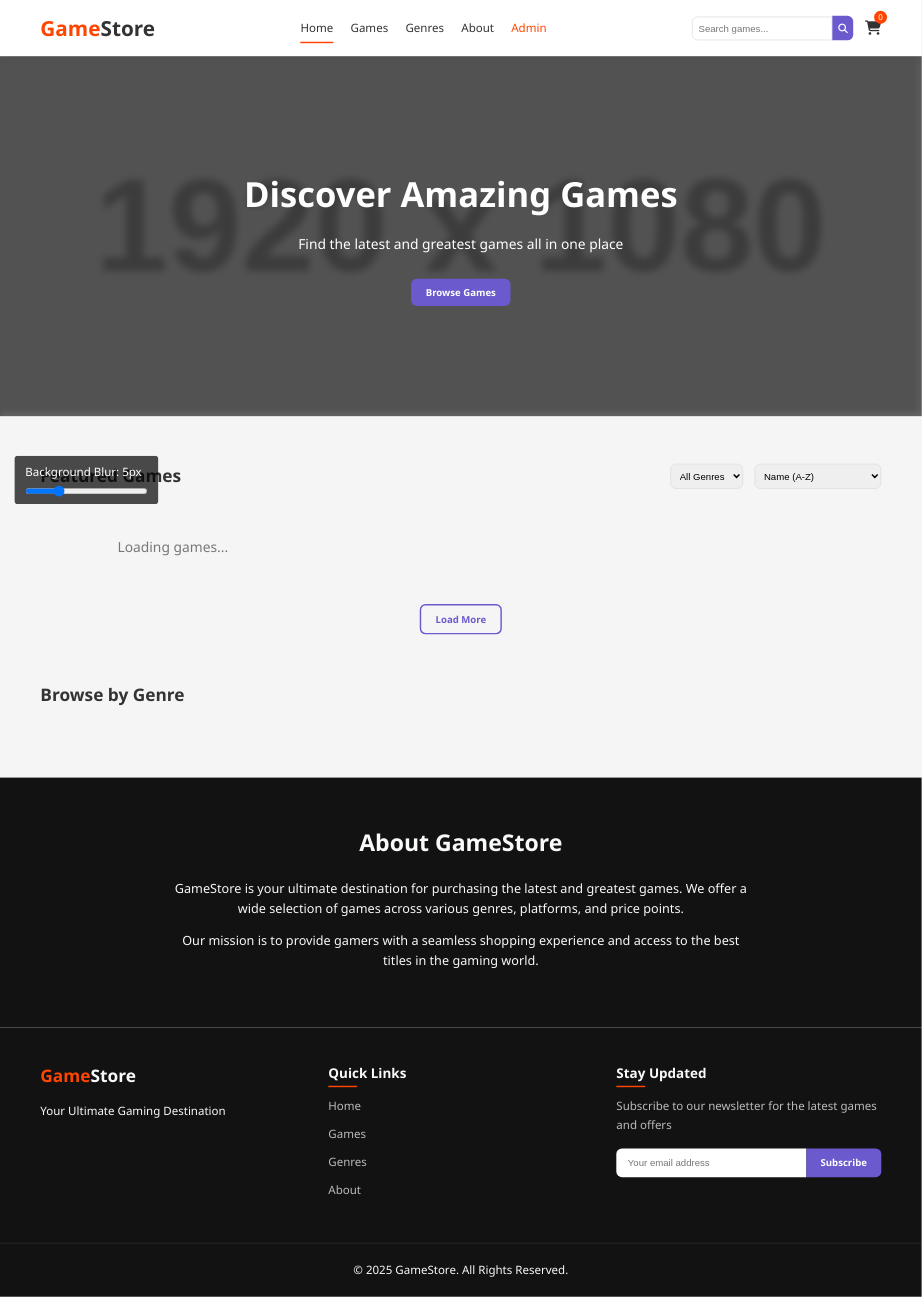
Repository: mbakry484/GameStore
Page: wwwroot/index.html
An editor plug-in stored every save of this project. The page is shown before and after the next save, followed by the edit.
The browser window is 1280 px wide. The pictures show the whole page, at 72% of full size.
The page's requests for data from a server got no answer.

Above is the page before, as saved 2025-04-20 15:20:10.

### wwwroot/index.html
<!DOCTYPE html>
<html lang="en">
  <head>
    <meta charset="UTF-8" />
    <meta name="viewport" content="width=device-width, initial-scale=1.0" />
    <title>GameStore - Your Ultimate Gaming Destination</title>
    <link
      rel="stylesheet"
      href="https://cdnjs.cloudflare.com/ajax/libs/font-awesome/6.5.1/css/all.min.css"
    />
    <link rel="stylesheet" href="css/styles.css" />
  </head>
  <body>
    <header>
      <nav>
        <div class="logo">
          <h1><span class="highlight">Game</span>Store</h1>
        </div>
        <div class="nav-links">
          <a href="#" class="active">Home</a>
          <a href="#games">Games</a>
          <a href="#genres">Genres</a>
          <a href="#about">About</a>
          <a href="admin.html" class="admin-link">Admin</a>
        </div>
        <div class="search-cart">
          <div class="search-box">
            <input
              type="text"
              id="search-input"
              placeholder="Search games..."
            />
            <button id="search-btn"><i class="fas fa-search"></i></button>
          </div>
          <div class="cart">
            <i class="fas fa-shopping-cart"></i>
            <span class="cart-count">0</span>
          </div>
          <div class="mobile-menu-btn">
            <i class="fas fa-bars"></i>
          </div>
        </div>
      </nav>
    </header>

    <section class="hero">
      <div class="hero-content">
        <h1>Discover Amazing Games</h1>
        <p>Find the latest and greatest games all in one place</p>
        <button class="btn-primary" id="browse-games-btn">Browse Games</button>
      </div>
    </section>

    <section id="games" class="games-section">
      <div class="section-header">
        <h2>Featured Games</h2>
        <div class="filter-options">
          <select id="genre-filter">
            <option value="">All Genres</option>
            <!-- Genres will be loaded dynamically -->
          </select>
          <select id="sort-options">
            <option value="name">Name (A-Z)</option>
            <option value="price-low">Price (Low to High)</option>
            <option value="price-high">Price (High to Low)</option>
            <option value="release">Release Date (Newest)</option>
          </select>
        </div>
      </div>

      <div class="games-grid" id="games-container">
        <!-- Games will be loaded dynamically -->
        <!-- Template for game card -->
        <template id="game-card-template">
          <div class="game-card" data-game-id="">
            <div class="game-image">
              <img src="https://via.placeholder.com/300x180" alt="Game image" />
              <div class="game-overlay">
                <button class="btn-view">View Details</button>
              </div>
            </div>
            <div class="game-info">
              <h3 class="game-title">Game Title</h3>
              <p class="game-genre">Genre</p>
              <div class="game-footer">
                <span class="game-price">$00.00</span>
                <button class="btn-add-cart">
                  <i class="fas fa-cart-plus"></i>
                </button>
              </div>
            </div>
          </div>
        </template>
      </div>

      <div class="load-more">
        <button id="load-more-btn" class="btn-secondary">Load More</button>
      </div>
    </section>

    <section id="genres" class="genres-section">
      <div class="section-header">
        <h2>Browse by Genre</h2>
      </div>
      <div class="genres-grid" id="genres-container">
        <!-- Genres will be loaded dynamically -->
        <!-- Template for genre card -->
        <template id="genre-card-template">
          <div class="genre-card" data-genre-id="">
            <div class="genre-icon"></div>
            <h3 class="genre-name">Genre Name</h3>
            <span class="game-count">0 Games</span>
          </div>
        </template>
      </div>
    </section>

    <section id="about" class="about-section">
      <div class="about-content">
        <h2>About GameStore</h2>
        <p>
          GameStore is your ultimate destination for purchasing the latest and
          greatest games. We offer a wide selection of games across various
          genres, platforms, and price points.
        </p>
        <p>
          Our mission is to provide gamers with a seamless shopping experience
          and access to the best titles in the gaming world.
        </p>
      </div>
    </section>

    <!-- Game Details Modal -->
    <div class="modal" id="game-details-modal">
      <div class="modal-content">
        <span class="close-modal">&times;</span>
        <div class="modal-body">
          <div class="game-detail-image">
            <img src="https://via.placeholder.com/600x300" alt="Game detail" />
          </div>
          <div class="game-detail-info">
            <h2 id="detail-title">Game Title</h2>
            <p id="detail-genre">Genre: <span>Action</span></p>
            <p id="detail-release">Release Date: <span>Jan 1, 2023</span></p>
            <div class="detail-price-section">
              <span id="detail-price" class="detail-price">$59.99</span>
              <button class="btn-primary add-to-cart-detail" data-game-id="0">
                Add to Cart
              </button>
            </div>
          </div>
        </div>
      </div>
    </div>

    <footer>
      <div class="footer-content">
        <div class="footer-logo">
          <h2><span class="highlight">Game</span>Store</h2>
          <p>Your Ultimate Gaming Destination</p>
        </div>
        <div class="footer-links">
          <h3>Quick Links</h3>
          <ul>
            <li><a href="#">Home</a></li>
            <li><a href="#games">Games</a></li>
            <li><a href="#genres">Genres</a></li>
            <li><a href="#about">About</a></li>
          </ul>
        </div>
        <div class="footer-newsletter">
          <h3>Stay Updated</h3>
          <p>Subscribe to our newsletter for the latest games and offers</p>
          <div class="newsletter-form">
            <input type="email" placeholder="Your email address" />
            <button class="btn-primary">Subscribe</button>
          </div>
        </div>
      </div>
      <div class="footer-bottom">
        <p>&copy; 2025 GameStore. All Rights Reserved.</p>
      </div>
    </footer>

    <!-- Scripts -->
    <script src="js/api.js"></script>
    <script src="js/main.js"></script>
  </body>
</html>

### wwwroot/css/styles.css
/* Global Styles */
:root {
    --primary-color: #6A5ACD; /* Slate Blue */
    --secondary-color: #483D8B; /* Dark Slate Blue */
    --accent-color: #FF4500; /* Orange Red */
    --text-color: #333;
    --light-text: #f8f9fa;
    --dark-bg: #121212;
    --gray-bg: #f5f5f5;
    --card-bg: #ffffff;
    --border-radius: 8px;
    --box-shadow: 0 4px 12px rgba(0, 0, 0, 0.08);
    --transition: all 0.3s ease;
    --hero-blur: 5px;
}

* {
    margin: 0;
    padding: 0;
    box-sizing: border-box;
}

body {
    font-family: 'Segoe UI', Tahoma, Geneva, Verdana, sans-serif;
    color: var(--text-color);
    line-height: 1.6;
    background-color: var(--gray-bg);
}

a {
    text-decoration: none;
    color: var(--text-color);
}

ul {
    list-style: none;
}

button {
    cursor: pointer;
    font-family: inherit;
}

.btn-primary {
    background-color: var(--primary-color);
    color: white;
    padding: 10px 20px;
    border: none;
    border-radius: var(--border-radius);
    font-weight: 600;
    transition: var(--transition);
}

.btn-primary:hover {
    background-color: var(--secondary-color);
    transform: translateY(-2px);
}

.btn-secondary {
    background-color: transparent;
    color: var(--primary-color);
    border: 2px solid var(--primary-color);
    padding: 10px 20px;
    border-radius: var(--border-radius);
    font-weight: 600;
    transition: var(--transition);
}

.btn-secondary:hover {
    background-color: var(--primary-color);
    color: white;
}

.highlight {
    color: var(--accent-color);
}

.section-header {
    display: flex;
    justify-content: space-between;
    align-items: center;
    margin-bottom: 2rem;
}

/* Header and Navigation */
header {
    background-color: white;
    box-shadow: 0 2px 10px rgba(0, 0, 0, 0.1);
    position: sticky;
    top: 0;
    z-index: 1000;
}

nav {
    max-width: 1200px;
    margin: 0 auto;
    padding: 1rem;
    display: flex;
    justify-content: space-between;
    align-items: center;
}

.logo h1 {
    font-size: 1.8rem;
    font-weight: 700;
}

.nav-links {
    display: flex;
    gap: 1.5rem;
}

.nav-links a {
    position: relative;
    padding: 0.5rem 0;
    font-weight: 500;
}

.nav-links a::after {
    content: '';
    position: absolute;
    bottom: 0;
    left: 0;
    width: 0;
    height: 2px;
    background-color: var(--accent-color);
    transition: var(--transition);
}

.nav-links a:hover::after,
.nav-links a.active::after {
    width: 100%;
}

.search-cart {
    display: flex;
    align-items: center;
    gap: 1rem;
}

.search-box {
    display: flex;
    align-items: center;
}

.search-box input {
    padding: 0.5rem;
    border: 1px solid #ddd;
    border-radius: var(--border-radius) 0 0 var(--border-radius);
    outline: none;
}

.search-box button {
    background-color: var(--primary-color);
    color: white;
    border: none;
    padding: 0.5rem;
    border-radius: 0 var(--border-radius) var(--border-radius) 0;
}

.cart {
    position: relative;
    font-size: 1.25rem;
    color: var(--text-color);
}

.cart-count {
    position: absolute;
    top: -8px;
    right: -8px;
    background-color: var(--accent-color);
    color: white;
    font-size: 0.7rem;
    width: 18px;
    height: 18px;
    border-radius: 50%;
    display: flex;
    justify-content: center;
    align-items: center;
}

.mobile-menu-btn {
    display: none;
    font-size: 1.5rem;
}

/* Hero Section */
.hero {
    background: linear-gradient(rgba(0, 0, 0, 0.6), rgba(0, 0, 0, 0.6)), url('https://via.placeholder.com/1920x1080');
    background-size: cover;
    background-position: center;
    height: 500px;
    display: flex;
    align-items: center;
    justify-content: center;
    text-align: center;
    color: white;
    position: relative;
}

.hero::before {
    content: "";
    position: absolute;
    top: 0;
    left: 0;
    width: 100%;
    height: 100%;
    backdrop-filter: blur(var(--hero-blur, 5px));
    -webkit-backdrop-filter: blur(var(--hero-blur, 5px));
    z-index: 1;
}

.hero-content {
    max-width: 800px;
    padding: 2rem;
    position: relative;
    z-index: 2;
}

.hero-content h1 {
    font-size: 3rem;
    margin-bottom: 1rem;
}

.hero-content p {
    font-size: 1.2rem;
    margin-bottom: 2rem;
}

/* Games Section */
.games-section {
    max-width: 1200px;
    margin: 4rem auto;
    padding: 0 1rem;
}

.filter-options {
    display: flex;
    gap: 1rem;
}

.filter-options select {
    padding: 0.5rem;
    border: 1px solid #ddd;
    border-radius: var(--border-radius);
}

.games-grid {
    display: grid;
    grid-template-columns: repeat(auto-fill, minmax(280px, 1fr));
    gap: 2rem;
}

.game-card {
    background-color: var(--card-bg);
    border-radius: var(--border-radius);
    overflow: hidden;
    box-shadow: var(--box-shadow);
    transition: var(--transition);
}

.game-card:hover {
    transform: translateY(-5px);
    box-shadow: 0 8px 16px rgba(0, 0, 0, 0.12);
}

.game-image {
    position: relative;
    height: 180px;
    overflow: hidden;
}

.game-image img {
    width: 100%;
    height: 100%;
    object-fit: cover;
    transition: var(--transition);
}

.game-card:hover .game-image img {
    transform: scale(1.05);
}

.game-overlay {
    position: absolute;
    top: 0;
    left: 0;
    width: 100%;
    height: 100%;
    background-color: rgba(0, 0, 0, 0.5);
    display: flex;
    justify-content: center;
    align-items: center;
    opacity: 0;
    transition: var(--transition);
}

.game-card:hover .game-overlay {
    opacity: 1;
}

.btn-view {
    background-color: white;
    color: var(--text-color);
    padding: 0.5rem 1rem;
    border: none;
    border-radius: var(--border-radius);
    font-weight: 500;
    transition: var(--transition);
}

.btn-view:hover {
    background-color: var(--accent-color);
    color: white;
}

.game-info {
    padding: 1rem;
}

.game-info h3 {
    margin-bottom: 0.5rem;
    font-size: 1.2rem;
}

.game-genre {
    color: #777;
    font-size: 0.9rem;
    margin-bottom: 1rem;
}

.game-footer {
    display: flex;
    justify-content: space-between;
    align-items: center;
}

.game-price {
    font-weight: 700;
    font-size: 1.1rem;
    color: var(--accent-color);
}

.btn-add-cart {
    background-color: var(--primary-color);
    color: white;
    width: 36px;
    height: 36px;
    border: none;
    border-radius: 50%;
    display: flex;
    justify-content: center;
    align-items: center;
    transition: var(--transition);
}

.btn-add-cart:hover {
    background-color: var(--secondary-color);
    transform: scale(1.1);
}

.load-more {
    margin-top: 2rem;
    text-align: center;
}

/* Genres Section */
.genres-section {
    max-width: 1200px;
    margin: 4rem auto;
    padding: 0 1rem;
}

.genres-grid {
    display: grid;
    grid-template-columns: repeat(auto-fill, minmax(200px, 1fr));
    gap: 2rem;
}

.genre-card {
    background-color: var(--card-bg);
    border-radius: var(--border-radius);
    padding: 1.5rem;
    text-align: center;
    box-shadow: var(--box-shadow);
    transition: var(--transition);
}

.genre-card:hover {
    transform: translateY(-5px);
    box-shadow: 0 8px 16px rgba(0, 0, 0, 0.12);
}

.genre-icon {
    font-size: 2.5rem;
    margin-bottom: 1rem;
    color: var(--primary-color);
}

.genre-card h3 {
    margin-bottom: 0.5rem;
}

.game-count {
    color: #777;
    font-size: 0.9rem;
}

/* About Section */
.about-section {
    background-color: var(--dark-bg);
    color: var(--light-text);
    padding: 4rem 1rem;
}

.about-content {
    max-width: 800px;
    margin: 0 auto;
    text-align: center;
}

.about-content h2 {
    margin-bottom: 1.5rem;
    font-size: 2rem;
}

.about-content p {
    margin-bottom: 1rem;
    font-size: 1.1rem;
}

/* Modal */
.modal {
    display: none;
    position: fixed;
    top: 0;
    left: 0;
    width: 100%;
    height: 100%;
    background-color: rgba(0, 0, 0, 0.7);
    z-index: 2000;
    overflow: auto;
}

.modal-content {
    position: relative;
    background-color: white;
    max-width: 900px;
    margin: 5% auto;
    border-radius: var(--border-radius);
    box-shadow: 0 5px 15px rgba(0, 0, 0, 0.3);
    animation: modalopen 0.4s;
}

@keyframes modalopen {
    from {opacity: 0; transform: translateY(-50px);}
    to {opacity: 1; transform: translateY(0);}
}

.close-modal {
    position: absolute;
    top: 10px;
    right: 20px;
    font-size: 2rem;
    cursor: pointer;
    color: #777;
}

.modal-body {
    padding: 1rem;
}

.game-detail-image img {
    width: 100%;
    height: auto;
    border-radius: var(--border-radius);
}

.game-detail-info {
    padding: 1.5rem 0;
}

.game-detail-info h2 {
    margin-bottom: 1rem;
    font-size: 1.8rem;
}

.game-detail-info p {
    margin-bottom: 0.8rem;
    color: #555;
}

.detail-price-section {
    display: flex;
    align-items: center;
    gap: 2rem;
    margin-top: 1.5rem;
}

.detail-price {
    font-size: 1.5rem;
    font-weight: 700;
    color: var(--accent-color);
}

/* Footer */
footer {
    background-color: var(--dark-bg);
    color: var(--light-text);
    padding-top: 3rem;
}

.footer-content {
    max-width: 1200px;
    margin: 0 auto;
    padding: 0 1rem;
    display: grid;
    grid-template-columns: repeat(auto-fit, minmax(250px, 1fr));
    gap: 2rem;
}

.footer-logo h2 {
    margin-bottom: 1rem;
}

.footer-links h3,
.footer-newsletter h3 {
    margin-bottom: 1.2rem;
    position: relative;
    display: inline-block;
}

.footer-links h3::after,
.footer-newsletter h3::after {
    content: '';
    position: absolute;
    bottom: -5px;
    left: 0;
    width: 40px;
    height: 2px;
    background-color: var(--accent-color);
}

.footer-links ul li {
    margin-bottom: 0.8rem;
}

.footer-links ul li a {
    color: #bbb;
    transition: var(--transition);
}

.footer-links ul li a:hover {
    color: white;
    padding-left: 5px;
}

.footer-newsletter p {
    margin-bottom: 1.2rem;
    color: #bbb;
}

.newsletter-form {
    display: flex;
}

.newsletter-form input {
    flex: 1;
    padding: 0.8rem 1rem;
    border: none;
    border-radius: var(--border-radius) 0 0 var(--border-radius);
    outline: none;
}

.newsletter-form button {
    border-radius: 0 var(--border-radius) var(--border-radius) 0;
}

.footer-bottom {
    text-align: center;
    padding: 1.5rem 0;
    margin-top: 3rem;
    border-top: 1px solid rgba(255, 255, 255, 0.1);
}

/* Additional Styles */
.loading, .no-results {
    text-align: center;
    padding: 2rem;
    font-size: 1.2rem;
    color: #777;
    width: 100%;
}

.no-results {
    background-color: rgba(255, 0, 0, 0.05);
    border-radius: var(--border-radius);
    padding: 2rem;
}

/* Mobile Menu */
.nav-links.show {
    display: flex;
    flex-direction: column;
    position: absolute;
    top: 100%;
    left: 0;
    width: 100%;
    background-color: white;
    padding: 1rem;
    box-shadow: 0 2px 10px rgba(0, 0, 0, 0.1);
    z-index: 999;
}

/* Animation for cart count */
@keyframes pulse {
    0% { transform: scale(1); }
    50% { transform: scale(1.3); }
    100% { transform: scale(1); }
}

.pulse {
    animation: pulse 0.3s;
}

/* Additional Media Queries */
@media screen and (max-width: 480px) {
    .hero-content h1 {
        font-size: 1.8rem;
    }

    .games-grid {
        grid-template-columns: 1fr;
    }

    .game-image {
        height: 220px;
    }

    .genres-grid {
        grid-template-columns: repeat(2, 1fr);
    }

    .footer-content {
        grid-template-columns: 1fr;
    }
}

/* Responsive Styles */
@media screen and (max-width: 768px) {
    .nav-links, .search-box {
        display: none;
    }

    .mobile-menu-btn {
        display: block;
    }

    .section-header {
        flex-direction: column;
        align-items: flex-start;
        gap: 1rem;
    }

    .hero-content h1 {
        font-size: 2.2rem;
    }

    .modal-content {
        width: 95%;
    }

    .detail-price-section {
        flex-direction: column;
        align-items: flex-start;
        gap: 1rem;
    }
}

/* Admin Link */
.admin-link {
    color: var(--accent-color);
}

Loaded but not shown: wwwroot/js/main.js (552 lines, source omitted); wwwroot/js/api.js (279 lines, source omitted)

After the next save:
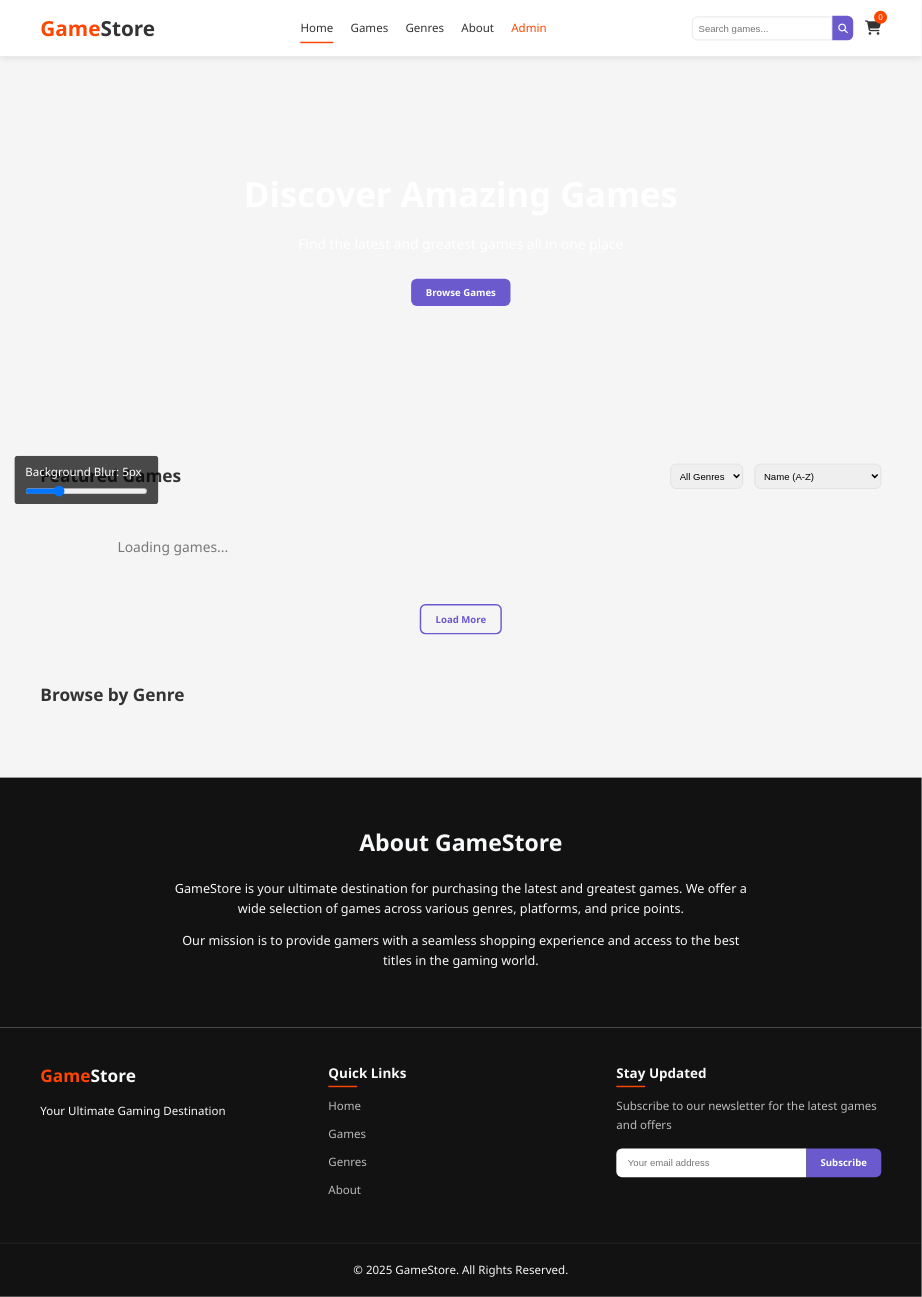
Saved 15 s later.
--- a/wwwroot/css/styles.css
+++ b/wwwroot/css/styles.css
@@ -186,7 +186,7 @@ nav {
 
 /* Hero Section */
 .hero {
-    background: linear-gradient(rgba(0, 0, 0, 0.6), rgba(0, 0, 0, 0.6)), url('https://via.placeholder.com/1920x1080');
+    background: );
     background-size: cover;
     background-position: center;
     height: 500px;
